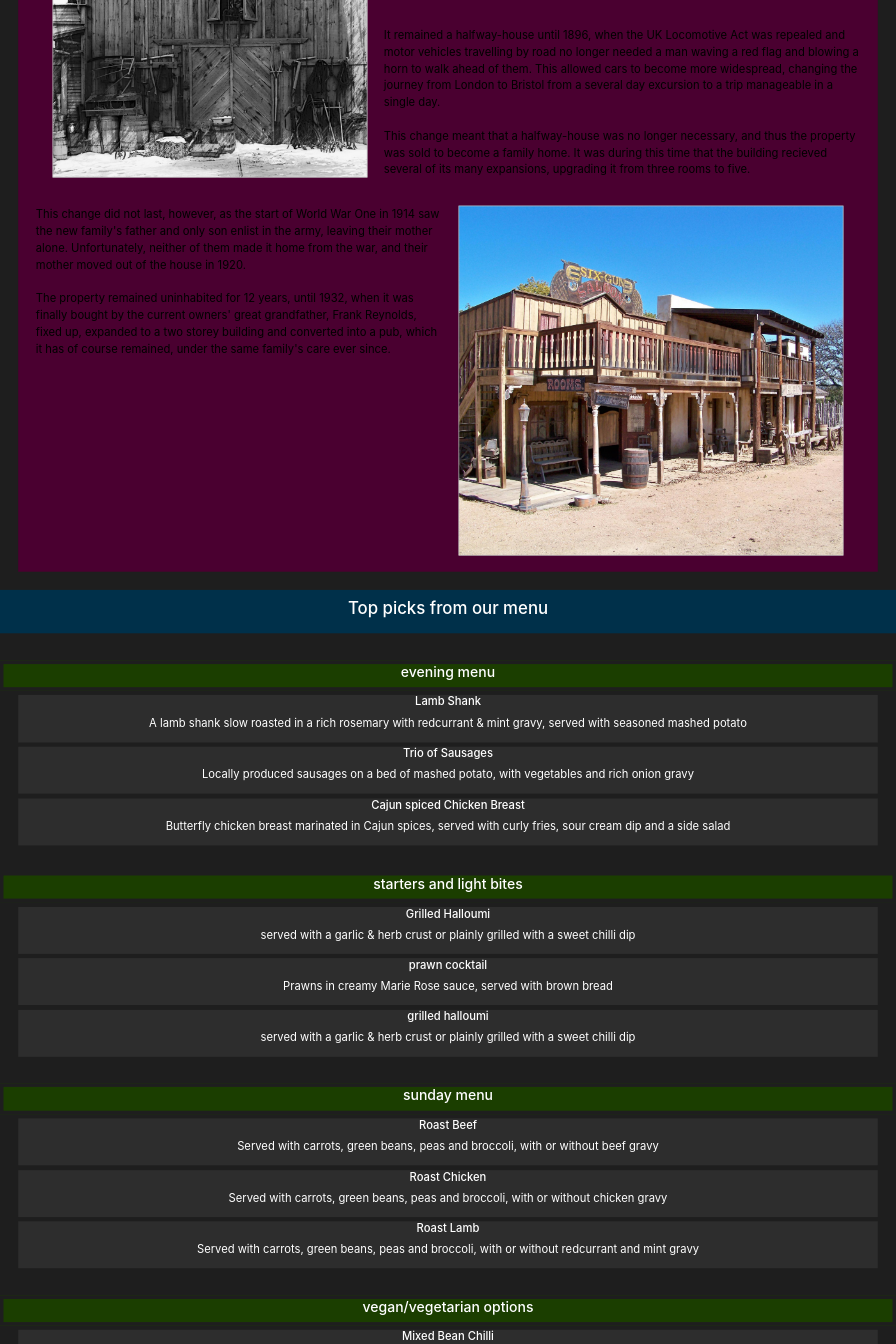
Repository: Code-Institute-Submissions/JamesLStudent-Milestone_One
Page: index.html
The author's editor kept a record of every edit. The page is drawn from the files as they stood at one moment, then again after the next edit.
The browser window is 1280 px wide. The pictures show the part of the page from y = 434 to 2354 px (the page is 3584 px tall), at 70% of full size.

Above is the page before.
Console error: TypeError: Cannot read properties of undefined (reading 'fn')

After the next edit:
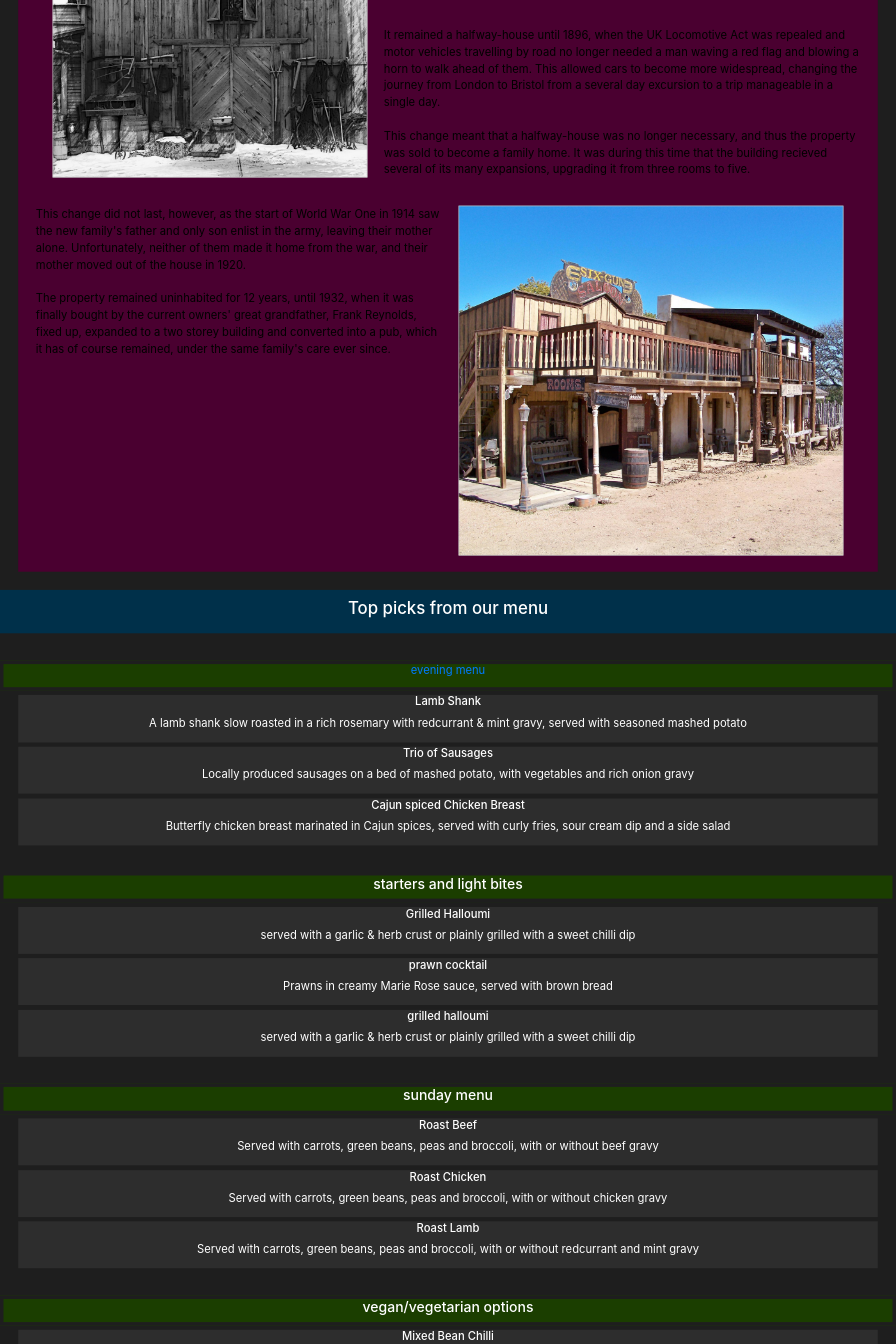
The edit:
--- a/index.html
+++ b/index.html
@@ -73,7 +73,7 @@
         </div>
         <div class="title-link">
             <a href="menu.html#evening">
-                <h5 class="no-decoration white-text">
+                <p class="no-decoration white-text">
                     evening menu
                 </h5>
             </a>
